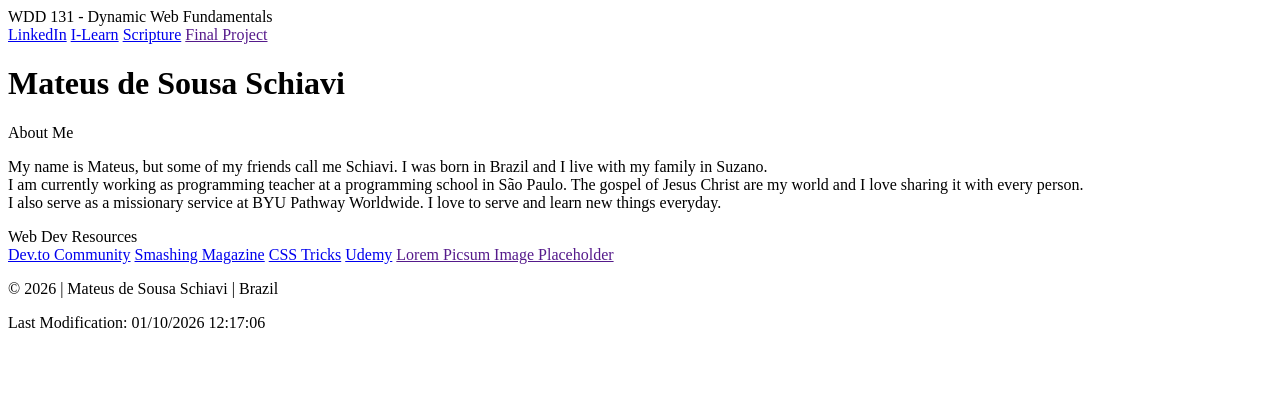
Repository: mateus-schiavi/wdd131
Page: index.html
An editor plug-in stored every save of this project. The page is shown before and after the next save, followed by the edit.
The browser window is 1280 px wide. The pictures show the whole page.

Above is the page before, as saved 2026-01-10 14:04:20.

After the next save:
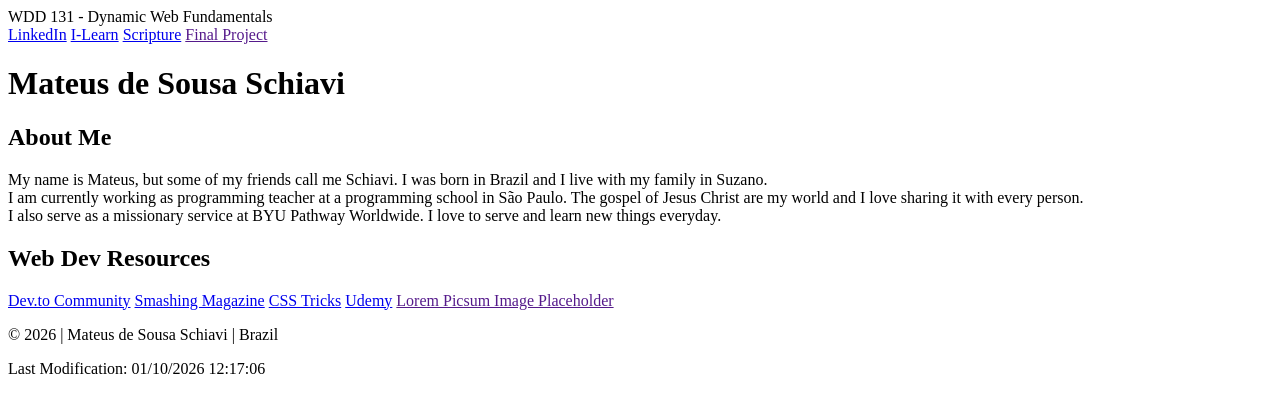
Saved 14 s later.
--- a/index.html
+++ b/index.html
@@ -19,7 +19,7 @@
     <main>
         <h1>Mateus de Sousa Schiavi</h1>
         <section class="card">
-            <header>About Me</header>
+            <h2>About Me</h2>
             <p>
                 My name is Mateus, but some of my friends call me Schiavi. I was born in Brazil and I live with my family in Suzano. <br>
                 I am currently working as programming teacher at a programming school in São Paulo. The gospel of Jesus Christ are my world and I love sharing it with every person. <br>
@@ -27,7 +27,7 @@
             </p>
         </section>
         <section class="card">
-            <header>Web Dev Resources</header>
+            <h2>Web Dev Resources</h2>
             <a href="https://dev.to/" target="_blank">Dev.to Community</a>
             <a href="https://www.smashingmagazine.com/" target="_blank">Smashing Magazine</a>
             <a href="https://css-tricks.com/" target="_blank">CSS Tricks</a>
